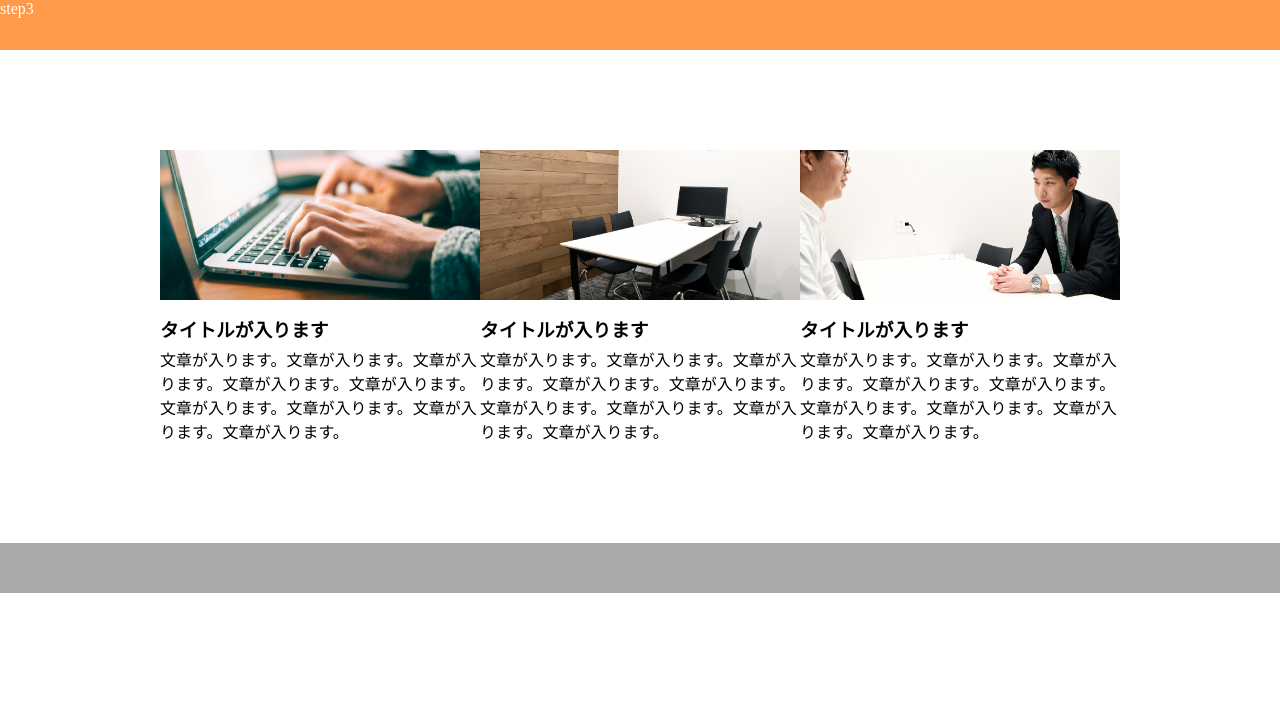
Repository: cyaomasa/java-
Page: chapter9/index9-2.html
The author's editor kept a record of every edit. The page is drawn from the files as they stood at one moment, then again after the next edit.
The browser window is 1280 px wide. The pictures show the whole page.
Some web libraries are served in a nearby version.

Above is the page before.

### chapter9/index9-2.html
<!DOCTYPE html>
<html lang="ja">
  <head>
    <meta charset="UTF-8" />
    <title>演習9</title>
    <script src="https://kit.fontawesome.com/7dea513659.js" crossorigin="anonymous"></script>
    <link rel="stylesheet" href="style9-2.css" />
  </head>

  <body>
    <header></header>
    <main>
      <div class="blog-item1">
        <div class="blog-image1"></div>
          <span class="category">step</span>
        <h3 class="title">タイトルが入ります</h3>
        <P>文章が入ります。文章が入ります。文章が入ります。文章が入ります。文章が入ります。文章が入ります。文章が入ります。文章が入ります。文章が入ります。</P>
      </div>

      <div class="blog-item2">
        <div class="blog-image2">
          <span class="category">step2</span>
        </div>
        <h3 class="title">タイトルが入ります</h3>
        <P>文章が入ります。文章が入ります。文章が入ります。文章が入ります。文章が入ります。文章が入ります。文章が入ります。文章が入ります。文章が入ります。</P>
      </div>

      <div class="blog-item3">
        <div class="blog-image3">
          <span class="category">step3</span>
        </div>
        <h3 class="title">タイトルが入ります</h3>
        <P>文章が入ります。文章が入ります。文章が入ります。文章が入ります。文章が入ります。文章が入ります。文章が入ります。文章が入ります。文章が入ります。</P>
      </div>
    </main>


    <footer></footer>
  </body>

### chapter9/style9-2.css
* {
  margin: 0;
  padding: 0;
  box-sizing: border-box;
}
header {
  height: 50px;
  background-color: #FF9A4B;
}

main {
  padding: 50px 0;
  width: 960px;
  display: flex;
  justify-content: center;
  margin: 50px auto;
}

.blog-item {
width: 300px;
padding: 10px;
margin-right: 30px;
background-color: #EEEEEE;
position: relative;
}

.blog-item:last-child {
  margin-right: 0;
}

.category {
  position: absolute;
  top: 0;
  left: 0;
  background-color: #FF9A4B;
  color: #FFFFFF;
}

.blog-image1 {
  background-image: url(img/flow01.png);
  height: 150px;
  background-position: bottom;
  background-size: cover;
}

.blog-image2 {
  background-image: url(img/flow02.png);
  height: 150px;
  background-position: bottom;
  background-size: cover;
}

.blog-image3 {
  background-image: url(img/flow03.png);
  height: 150px;
  background-position: bottom;
  background-size: cover;
}
.title {
  margin: 15px 0 5px;
}

footer {
  height: 50px;
  background-color: #AAAAAA;
}

@media screen and (max-width: 768px) {

header {
  width: 100%;
}

main {
  width: 100%;
  display: block;

}
}

After the next edit:
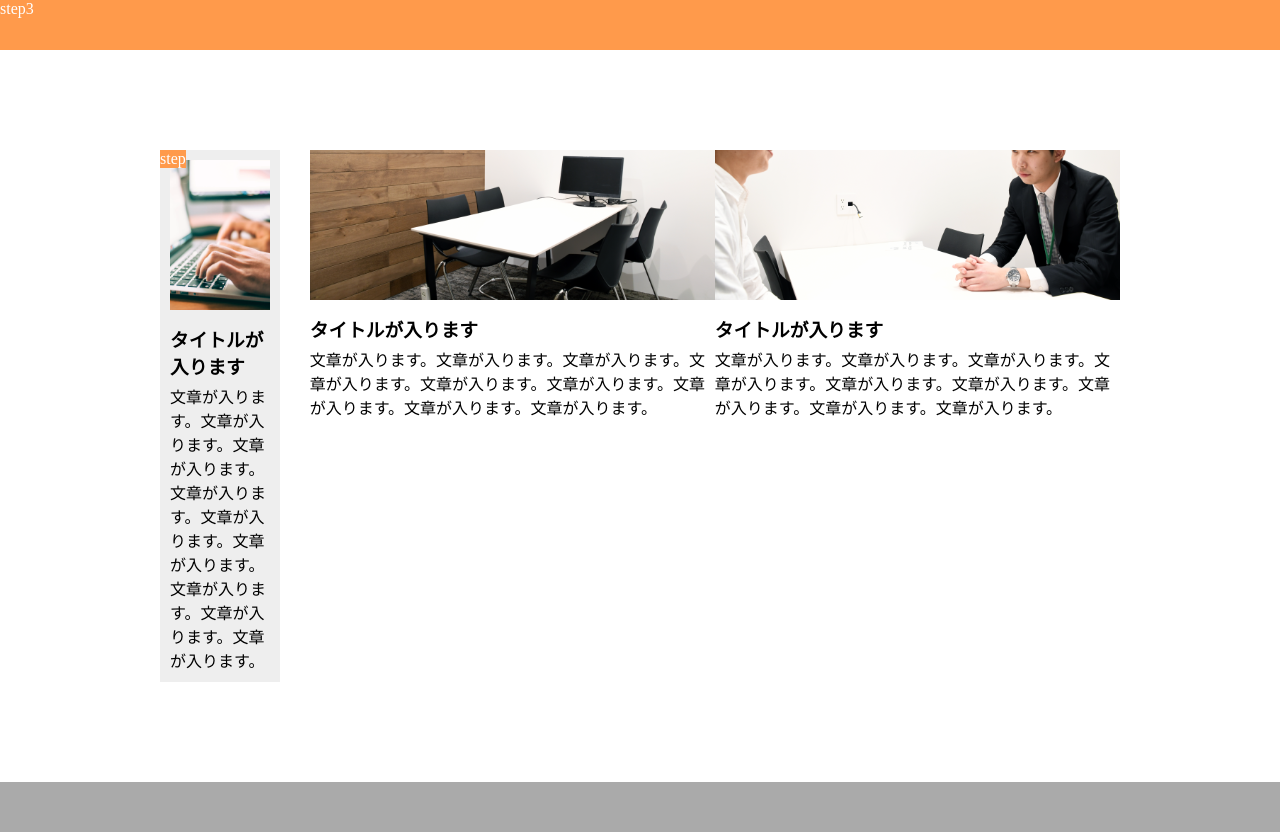
The edit:
--- a/chapter9/index9-2.html
+++ b/chapter9/index9-2.html
@@ -10,7 +10,7 @@
   <body>
     <header></header>
     <main>
-      <div class="blog-item1">
+      <div class="blog-item">
         <div class="blog-image1"></div>
           <span class="category">step</span>
         <h3 class="title">タイトルが入ります</h3>
